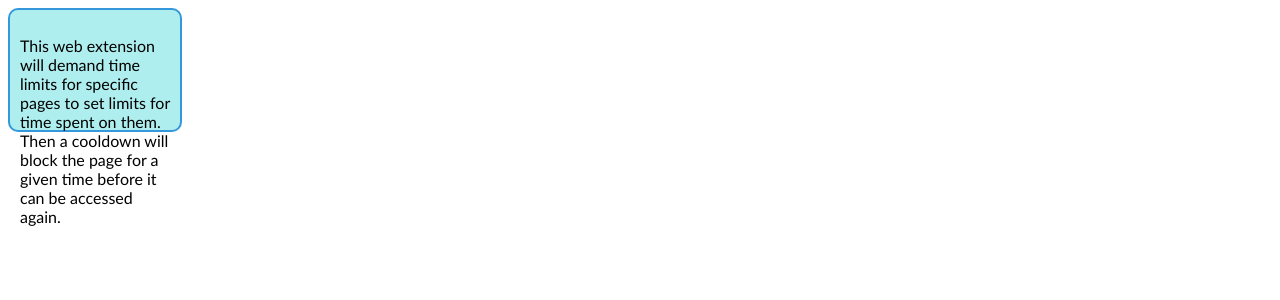
Repository: AndrlmMass/Time-management-chrome-extension
Page: popup.html
These files come from the project's save history. The page is drawn as it stood at one moment and after a run of saves; the edit follows.
The browser window is 1280 px wide. The pictures show the whole page.

Above is the page before, as saved 2023-08-22 15:35:44.

### popup.html
<!DOCTYPE html>
<html>
<head>
  <title>Popup</title>
  <link rel="stylesheet" type="text/css" href="styles.css">
</head>
<body>
  <div id="popup-container">
    <p> This web extension will demand time limits for specific pages to set limits for time spent on them. Then a cooldown will block the page for a given time before it can be accessed again.</p>
    </div>
  </div>
  <script src="popup.js"></script>
</body>
</html>

### styles.css
@font-face {
  font-family: 'CustomFont';
  src: url('path/to/font.woff2') format('woff2'),
       url('path/to/font.woff') format('woff');
}

body {
  font-family: 'Calibri', sans-serif;
}

#popup-container {
    padding: 10px; /* Add padding to create space between text and border */
    margin: 0; /* Reset margin */
    width: 300px; /* Set a fixed width for the popup container */
    background-color: #afeeee; /* Background color */
    border: 2px solid #3498db; /* Border color and thickness */
    border-radius: 10px; /* Rounded corners */
  }

.bold-text {
font-weight: bold; /* Apply bold style to this class */
}

### popup.js
document.addEventListener('DOMContentLoaded', function() {
  // Get the popup's main container element
  const popupContainer = document.getElementById('popup-container');

  // Set custom width and height
  popupContainer.style.width = '150px';    // Adjust width as needed
  popupContainer.style.height = '100px';   // Adjust height as needed
});

After the next 3 saves:
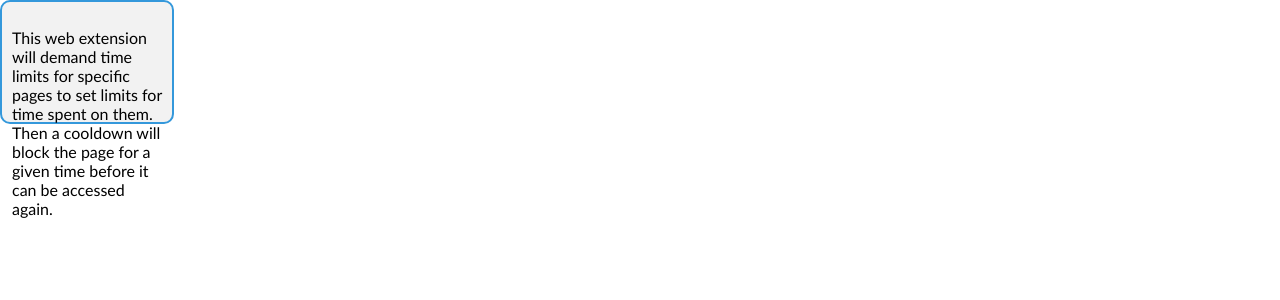
The 3 saves are shown as one change because they came seconds apart.
The last was saved 65 s later.
--- a/styles.css
+++ b/styles.css
@@ -5,18 +5,22 @@
 }
 
 body {
-  font-family: 'Calibri', sans-serif;
-}
-
-#popup-container {
-    padding: 10px; /* Add padding to create space between text and border */
-    margin: 0; /* Reset margin */
-    width: 300px; /* Set a fixed width for the popup container */
-    background-color: #afeeee; /* Background color */
-    border: 2px solid #3498db; /* Border color and thickness */
-    border-radius: 10px; /* Rounded corners */
+    font-family: 'Calibri', sans-serif;
+    margin: 0;
+    padding: 0;
   }
 
-.bold-text {
-font-weight: bold; /* Apply bold style to this class */
-}
+  #popup-container {
+    padding: 10px;
+    margin: 0;
+    width: 300px;
+    background-color: #f2f2f2;
+    border: 2px solid #3498db;
+    border-radius: 10px;
+  }
+
+  .bold-text {
+    font-weight: bold; /* Apply bold style to this class */
+  }
+
+  /* Additional styles for your popup */
